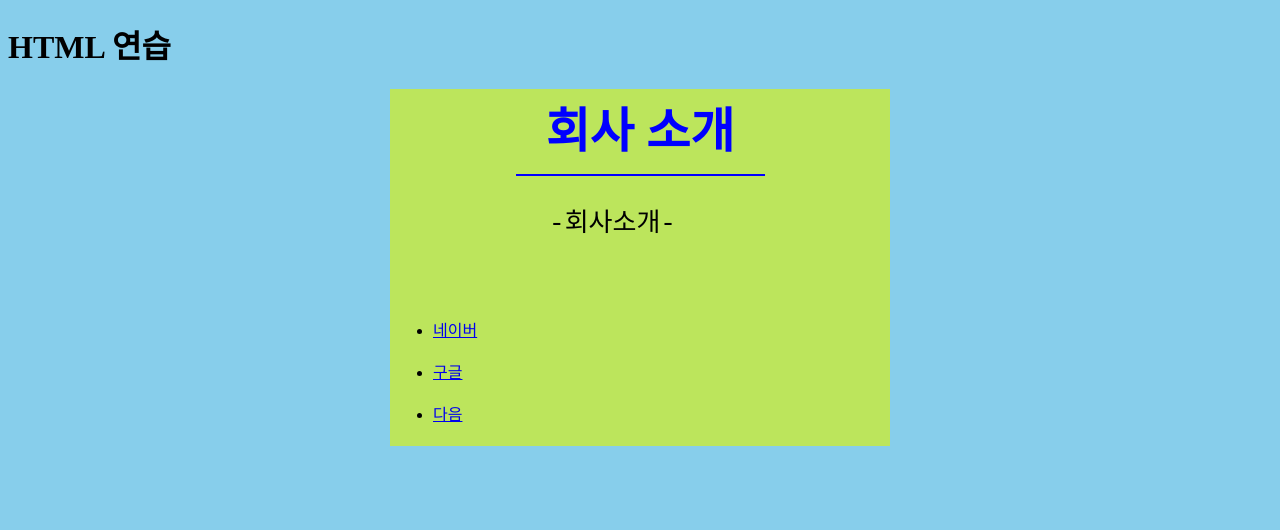
Repository: leeseungho1994/test09
Page: html/NewFile.html
The author's editor kept a copy of each file at every save. The page is drawn from the files as they stood at one save, then again after the next save.
The browser window is 1280 px wide. The pictures show the whole page.

Above is the page before, as saved 2020-10-29 09:13:19.

After the next save:
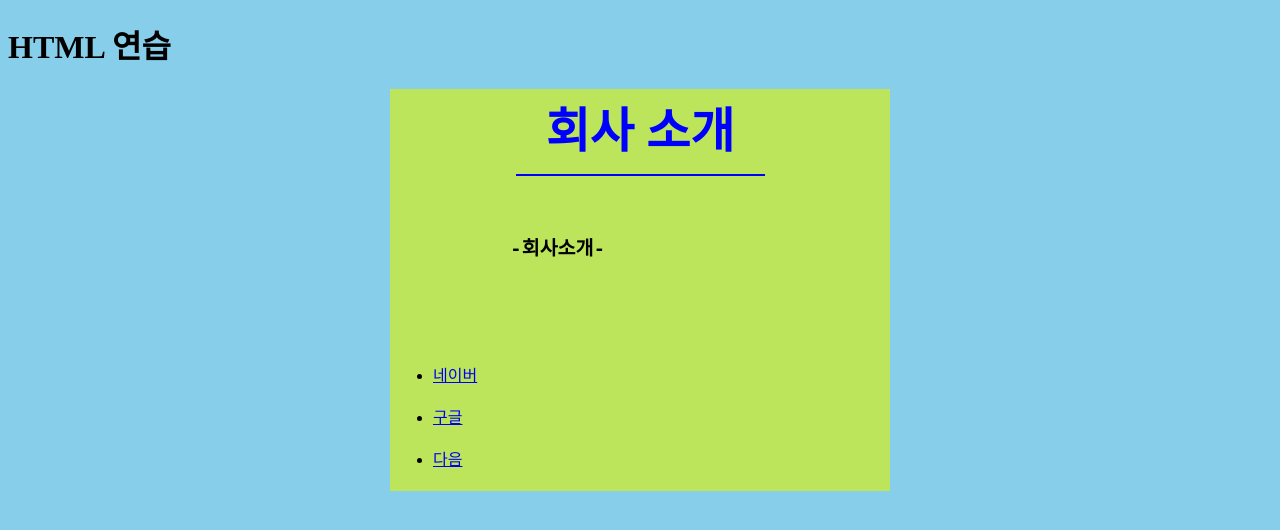
Saved 76 s later.
--- a/html/NewFile.html
+++ b/html/NewFile.html
@@ -15,8 +15,9 @@
 			<th><hr width="50%" align="center" color="blue"></th>
 		</tr>
 		<tr>
-			<td><pre><font size="6"> 	  -회사소개-
-			</font>
+			<td><pre>
+					<h2>	  -회사소개-
+			</h2>
 				</pre></td>
 		</tr>
 		<tr>
